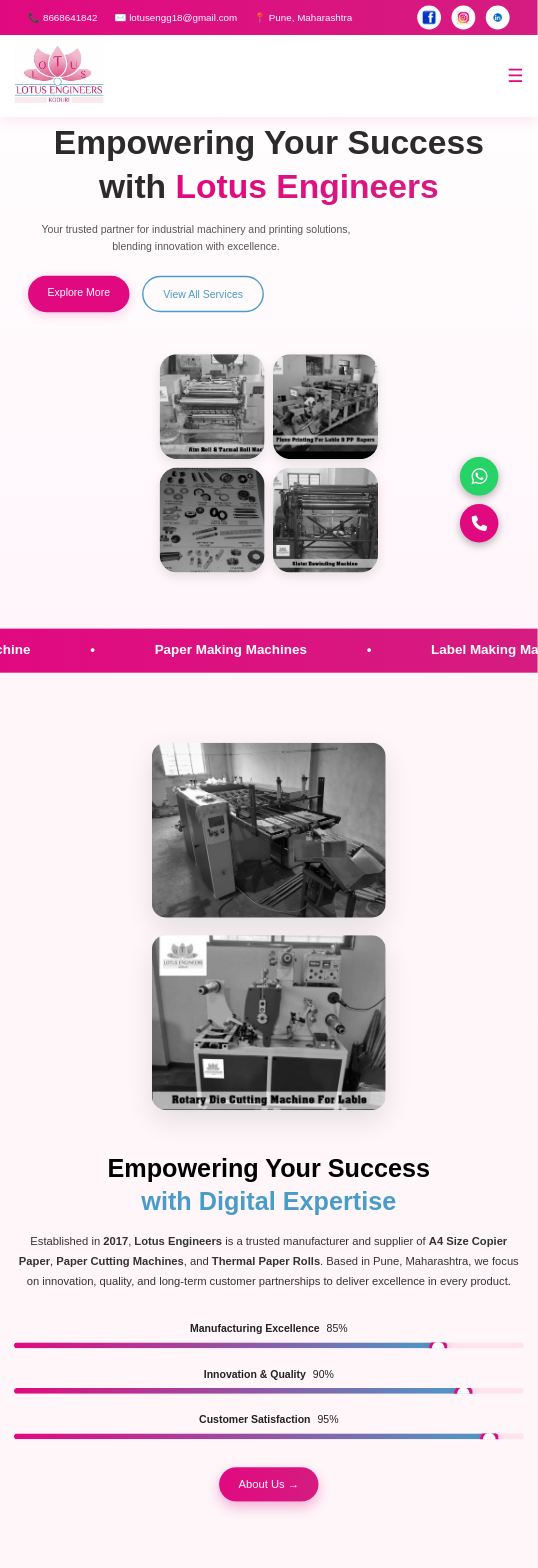
Repository: Khushichugh14/lotus-engineers
Page: index.html
These files come from the project's save history. The page is drawn as it stood at one moment and after a run of saves; the edit follows.
The browser window is 768 px wide. The pictures show the part of the page from y = 0 to 2240 px (the page is 6753 px tall), at 70% of full size.
A picture or video elsewhere on the page could not be fetched, so the positions and the page height are approximate.

Above is the page before, as saved 2025-12-24 11:03:34.

### index.html
<!DOCTYPE html>
<html lang="en">
<head>
  <meta charset="UTF-8" />
  <meta name="viewport" content="width=device-width, initial-scale=1.0" />
  <title>Lotus Engineers</title>
  <link rel="stylesheet" href="style.css" />
  <script src="script.js" defer></script>
  <!-- Font Awesome Icons -->
<link rel="stylesheet" href="navbar.css" />
<script src="navbar.js" defer></script>
  <link rel="stylesheet" href="footer.css" />
  <link
  rel="stylesheet"
  href="https://cdnjs.cloudflare.com/ajax/libs/font-awesome/6.5.1/css/all.min.css"
/>


</head>
<body>




  <!-- ===== Hero Section ===== -->
  <section id="home" class="hero">
    <div class="hero-container">
      <!-- Left Content -->
      <div class="hero-left">
        <h5>Reliable Industrial Partners</h5>
        <h1>Empowering Your Success with <span>Lotus Engineers</span></h1>
        <p>
          Your trusted partner for industrial machinery and printing solutions,
          blending innovation with excellence.
        </p>
        <div class="hero-buttons">
          <a href="#products" class="btn primary">Explore More</a>
          <a href="#about" class="btn secondary">View All Services</a>
        </div>
      </div>

      <!-- Right Image Grid -->
      <div class="hero-right">
        <div class="image-grid">
          <img src="images/atm-1.jpeg.jpg" alt="">
              <img src="images/flexo-label-printing-machine (1).jpg" alt="">
         <img src="images/WhatsApp Image 2025-11-14 at 11.52.01_70df9b95.jpg" alt="">
          <img src="images/slater-.jpeg.jpg" alt="">
        </div>

      </div>
    </div>
  </section>


<section class="product-strip">
  <div class="scrolling-wrapper">
    <div class="scrolling-content">
      <span>Cutting Machine</span>
      <span>•</span>
      <span>Printing Machine</span>
      <span>•</span>
      <span>Paper Making Machines</span>
      <span>•</span>
      <span>Label Making Machine</span>
      <span>•</span>
      <span>Thermal Paper Roll Making Machine</span>
      <span>•</span>
      <span>Flexographic Printing Machine</span>
      <span>•</span>
      <span>Slitter Rewinder Machine</span>
      <span>•</span>
      <span>Die Cutting Machine</span>
      <span>•</span>
      <span>Sheet Cutting Machine</span>
      <span>•</span>
      <span>Packaging Label Machine</span>
      <span>•</span>
      <span>Automatic Labeling Machine</span>
      <span>•</span>
      <span>Paper Cutting Machine</span>
      <span>•</span>
    </div>
  </div>
</section>

  <!-- ===== About Us Section ===== -->
<section id="about" class="about">
  <div class="about-container">
    <!-- LEFT SIDE IMAGES -->
    <div class="about-left">
      <div class="img-top">
        <img src="images/product-jpeg (1).jpg"alt="Team Discussion" />
      </div>
      <div class="img-bottom">
        <img src="images/rotary-die-cutting-machine.jpg" alt="Business Meeting" />
      </div>
    </div>

    <!-- RIGHT SIDE CONTENT -->
    <div class="about-right">
      <h2>Empowering Your Success<br /><span>with Digital Expertise</span></h2>
      <p>
        Established in <strong>2017</strong>, <strong>Lotus Engineers</strong> is a trusted manufacturer and supplier of
        <strong>A4 Size Copier Paper</strong>, <strong>Paper Cutting Machines</strong>, and
        <strong>Thermal Paper Rolls</strong>. Based in Pune, Maharashtra, we focus on
        innovation, quality, and long-term customer partnerships to deliver excellence in
        every product.
      </p>

      <div class="progress-section">
        <div class="progress-item">
          <div class="label">
            <strong>Manufacturing Excellence</strong> <span>85%</span>
          </div>
          <div class="progress-bar">
            <div class="progress" style="width: 85%"></div>
          </div>
        </div>

        <div class="progress-item">
          <div class="label">
            <strong>Innovation & Quality</strong> <span>90%</span>
          </div>
          <div class="progress-bar">
            <div class="progress" style="width: 90%"></div>
          </div>
        </div>

        <div class="progress-item">
          <div class="label">
            <strong>Customer Satisfaction</strong> <span>95%</span>
          </div>
          <div class="progress-bar">
            <div class="progress" style="width: 95%"></div>
          </div>
        </div>
      </div>
      <a href="#about-us" class="btn-about">About Us →</a>
    </div>
  </div>
</section>

  <!-- ===== Why Choose Us Section ===== -->
  <section id="why-us" class="why-choose-us">
    <div class="wcu-container">
      <div class="wcu-left">
        <div class="finix-text">
          <h6>Transparent process</h6>
          <h2>Why people choose us</h2>
          <p>We follow a clear end‑to‑end process: consult, design, manufacture, install, and support. Timelines are shared upfront, quality is documented, and communication stays transparent at every step.</p>
          <div class="wcu-media">
            <img src="https://raw.githubusercontent.com/farazc60/Project-Images/main/why_choose_us.png" alt="Why choose us image">
          </div>
        </div>
      </div>
      <div class="wcu-right">
        <div class="wcu-features">
          <div class="feature-box">
            <div class="feature-box-content">
              <div class="fbc-btn"><span>✓</span></div>
              <h3>Quality Assurance</h3>
              <p>ISO-aligned checks, component testing, and trial runs ensure dependable performance.</p>
            </div>
          </div>
          <div class="feature-box">
            <div class="feature-box-content">
              <div class="fbc-btn"><span>⏱</span></div>
              <h3>On-time Delivery</h3>
              <p>Committed schedules backed by planned production and reliable logistics.</p>
            </div>
          </div>
          <div class="feature-box">
            <div class="feature-box-content">
              <div class="fbc-btn"><span>🛠</span></div>
              <h3>PAN‑India Service</h3>
              <p>Installation, training, and responsive after‑sales support across India.</p>
            </div>
          </div>
          <div class="feature-box active-feature">
            <div class="feature-box-content">
              <div class="fbc-btn"><span>₹</span></div>
              <h3>Transparent Pricing</h3>
              <p>Fair quotations with no hidden costs and clear total‑cost ownership.</p>
            </div>
          </div>
        </div>
      </div>
    </div>
  </section>

  <!-- ===== Products Section ===== -->
  <section id="products" class="products">
    <div class="products-head">
      <h2>Our Products</h2>
      <p>Precision-built machinery for modern manufacturing.</p>
    </div>
    <div class="product-grid premium">
      <div class="product-card glass">
        <div class="pc-img">
          <img src="images/rotary-die-cutting-machine.jpg" alt="Rotary Die Cutting Machine" />
          <span class="pc-tag">Cutting</span>
        </div>
        <div class="pc-body">
          <h3>Rotary Die Cutting</h3>
          <p>High precision, robust build, efficient throughput.</p>
        </div>
      </div>
      <div class="product-card glass">
        <div class="pc-img">
          <img src="images/paper-cutting-machine.jpeg.jpg" alt="Paper Sheet Cutting Machine" />
          <span class="pc-tag">Cutting</span>
        </div>
        <div class="pc-body">
          <h3>Paper Sheet Cutting</h3>
          <p>Reliable, fast, and safety compliant for industry.</p>
        </div>
      </div>
      <div class="product-card glass">
        <div class="pc-img">
          <img src="images/paper-slitting-machine-250x250.webp" alt="Paper Slitting Machine" />
          <span class="pc-tag">Slitting</span>
        </div>
        <div class="pc-body">
          <h3>Paper Slitting</h3>
          <p>Precision slitting with low maintenance design.</p>
        </div>
      </div>
      <div class="product-card glass">
        <div class="pc-img">
          <img src="images/flexo-label-printing-machine.jpg" alt="Flexographic Printing Machine" />
          <span class="pc-tag">Printing</span>
        </div>
        <div class="pc-body">
          <h3>Flexographic Printing</h3>
          <p>High-speed printing with consistent quality output.</p>
        </div>
      </div>
    </div>
    <div class="products-foot">
      <a href="products.html" class="btn primary">View All Products</a>
    </div>


  </section>








  <!-- ===== Testimonials Section ===== -->
  <section id="testimonials" class="testimonials">
    <h2>What Our Clients Say</h2>

    <div class="testimonial-box">

      <!-- Testimonial 1 -->
      <div class="info t1">
        <p>"Lotus Engineers provided excellent quality and timely service. Highly recommended!
          Lotus Engineers provided excellent quality and timely service. Highly recommended! "</p>
        <h4>— Ramesh Industries</h4>
        <div class="bottom-line"></div>
      </div>

      <!-- Testimonial 2 -->
      <div class="info t2">
        <p>"Their machines are durable and efficient. We’ve been long-term customers."</p>
        <h4>— Global Print Solutions</h4>
        <div class="bottom-line"></div>
      </div>

      <!-- Testimonial 3 -->
      <div class="info t3">
        <p>"Exceptional customer service and reliable machinery!"</p>
        <h4>— Sai Packaging Pvt. Ltd.</h4>
        <div class="bottom-line"></div>
      </div>

    </div>
  </section>




  <!-- Footer removed. Loaded dynamically from footer.html via navbar.js -->

<!-- ==========================
     Floating WhatsApp & Call Buttons
========================== -->
<section id="floating-buttons" style="
  position: fixed;
  bottom: 25px;
  right: 25px;
  display: flex;
  flex-direction: column;
  gap: 12px;
  z-index: 9999;
">

  <!-- WhatsApp -->
  <a href="https://wa.me/7720060073" target="_blank"
     style="
      background:#25D366;
      width:55px;
      height:55px;
      border-radius:50%;
      display:flex;
      align-items:center;
      justify-content:center;
      box-shadow:0 4px 12px rgba(0,0,0,.3);
      color:white;
      font-size:26px;
     "
     title="Chat on WhatsApp">
    <i class="fa-brands fa-whatsapp"></i>
  </a>

  <!-- Call -->
  <a href="tel:9850110532"
     style="
      background:#e10980;
      width:55px;
      height:55px;
      border-radius:50%;
      display:flex;
      align-items:center;
      justify-content:center;
      box-shadow:0 4px 12px rgba(0,0,0,.3);
      color:white;
      font-size:22px;
     "
     title="Call Now">
    <i class="fa-solid fa-phone"></i>
  </a>

</section>



</body>
</html>

### navbar.css
/* ========================== TOP BAR ========================== */
.top-bar {
  background: linear-gradient(90deg, #e10980, #d51c80);
  color: #fff;
  display: flex;
  justify-content: space-between;
  align-items: center;
  padding: 8px 40px;
  font-size: 14px;
}

.contact-info span {
  margin-right: 20px;
  display: inline-flex;
  align-items: center;
}

/* ========================== SOCIAL ICONS ========================== */
.social-icons {
  display: flex;
  align-items: center;
  gap: 15px;
}

.social-icons a {
  display: inline-flex;
  align-items: center;
  justify-content: center;
  width: 34px;
  height: 34px;
  border-radius: 50%;
  background: #fff;
  overflow: hidden;
  transition: transform 0.3s ease, box-shadow 0.3s ease;
}

.social-icons a:hover {
  transform: translateY(-3px);
  box-shadow: 0 4px 10px rgba(225, 9, 128, 0.3);
}

.social-icons img {
  width: 20px;
  height: 20px;
  object-fit: contain;
  transition: transform 0.3s ease;
}
.social-icons a:hover img { transform: scale(1.08); }


/* ========================== NAVBAR ========================== */
.navbar {
  position: fixed;
  top: 0;
  width: 100%;
  background: rgba(255, 255, 255, 0.95);
  backdrop-filter: blur(10px);
  z-index: 999;
  box-shadow: 0 4px 20px rgba(225, 9, 128, 0.1);
  transition: all 0.3s ease;
}

.nav-container {
  display: flex;
  align-items: center;
  justify-content: space-between;
  padding: 15px 20px;
  max-width: 1300px;
  margin: auto;
}

.logo img {
  width: 130px;
  transition: transform 0.3s ease;
}

.logo img:hover {
  transform: scale(1.05);
}

.nav-links {
  display: flex;
  gap: 30px;
  align-items: center;
}

.nav-links a {
  color: #2b2b2b;
  font-weight: 500;
  position: relative;
  transition: color 0.3s ease;
  text-decoration: none;
}

.nav-links a::after {
  content: "";
  position: absolute;
  bottom: -6px;
  left: 0;
  width: 0%;
  height: 2px;
  background: linear-gradient(90deg, #e10980, #499cc8);
  transition: width 0.3s ease;
}

.nav-links a:hover::after,
.nav-links a.active::after {
  width: 100%;
}



.nav-links a:hover,
.nav-links a.active {
  color: #e10980;
}

/* ====== Search Box ====== */
.search-box {
  display: flex;
  align-items: center;
  border: 1.5px solid #e10980;
  border-radius: 25px;
  overflow: hidden;
  transition: 0.3s ease;
}

.search-box input {
  padding: 8px 12px;
  border: none;
  outline: none;
  font-size: 14px;
  width: 160px;
  transition: width .25s ease;
}

.search-box:focus-within input {
  width: 320px;
}

.search-box button {
  background: linear-gradient(90deg, #e10980, #499cc8);
  color: #fff;
  border: none;
  padding: 8px 15px;
  font-size: 14px;
  cursor: pointer;
  transition: opacity 0.3s ease;
}

.search-box button:hover {
  opacity: 0.85;
}

/* ====== Mobile Menu ====== */
.menu-toggle {
  display: none;
  color: #e10980;
  font-size: 26px;
  cursor: pointer;
}

@media (max-width: 1024px) {
  .nav-links {
    display: none;
    flex-direction: column;
    background: #fff;
    position: absolute;
    top: 100%;
    right: 30px;
    width: 240px;
    border-radius: 10px;
    box-shadow: 0 8px 20px rgba(0, 0, 0, 0.1);
    padding: 15px;
  }

  .nav-links.active {
    display: flex;
  }

  .menu-toggle {
    display: block;
  }

  .search-box {
    display: none;
  }
}

### footer.css
/* ========================== FOOTER REDESIGN ========================== */
.footer {
  background: linear-gradient(135deg, #c7d2fe 0%, #fbcfe8 100%);
  padding: 80px 20px 40px;
  font-family: "Poppins", sans-serif;
  color: #333;
  position: relative;
  overflow: hidden;
}

.footer-container {
  max-width: 1200px;
  margin: 0 auto;
  display: grid;
  grid-template-columns: repeat(3, 1fr);
  gap: 30px;
  background: rgba(255, 255, 255, 0.4);
  backdrop-filter: blur(15px);
  padding: 40px;
  border-radius: 40px;
  border: 1px solid rgba(255, 255, 255, 0.6);
  box-shadow: 0 15px 35px rgba(0, 0, 0, 0.05);
  position: relative;
  z-index: 2;
}

/* Footer Cards */
.footer-card {
  background: #ffffff;
  padding: 30px;
  border-radius: 25px;
  box-shadow: 0 8px 20px rgba(0, 0, 0, 0.04);
  display: flex;
  flex-direction: column;
}

/* About Card */
.footer-logo-container {
  margin-bottom: 20px;
}

.footer-logo-container img {
  max-height: 60px;
  border-radius: 8px;
}

.footer-about p {
  font-size: 14px;
  line-height: 1.6;
  color: #555;
  margin-bottom: 20px;
}

.footer-social {
  display: flex;
  gap: 12px;
  margin-top: auto;
}

.footer-social a {
  width: 40px;
  height: 40px;
  background: #e10980;
  color: #fff;
  border-radius: 50%;
  display: flex;
  align-items: center;
  justify-content: center;
  font-size: 16px;
  transition: transform 0.3s ease, background 0.3s ease;
  text-decoration: none;
}

.footer-social a:hover {
  transform: translateY(-3px);
  background: #c1076d;
}

/* Quick Links Card */
.footer-links h4 {
  color: #e10980;
  font-size: 18px;
  font-weight: 700;
  margin-bottom: 20px;
  position: relative;
}

.footer-links ul {
  list-style: none;
  padding: 0;
}

.footer-links li {
  margin-bottom: 12px;
}

.footer-links a {
  color: #555;
  text-decoration: none;
  font-size: 15px;
  transition: color 0.3s ease;
}

.footer-links a:hover {
  color: #e10980;
}

/* Contact Card */
.footer-contact h4 {
  color: #e10980;
  font-size: 18px;
  font-weight: 700;
  margin-bottom: 20px;
}

.footer-contact p {
  font-size: 14px;
  line-height: 1.6;
  color: #555;
  margin-bottom: 15px;
}

.footer-contact a {
  color: #0ea5e9;
  text-decoration: none;
}

.footer-contact a:hover {
  text-decoration: underline;
}

/* Footer Bottom */
.footer-bottom {
  text-align: center;
  margin-top: 50px;
  padding-top: 20px;
  border-top: 1px solid rgba(225, 9, 128, 0.2);
  font-size: 13px;
  color: #555;
}

.footer-bottom .dev-name {
  color: #e10980;
  font-weight: 600;
}

/* Responsive */
@media (max-width: 1024px) {
  .footer-container {
    grid-template-columns: repeat(2, 1fr);
  }
}

@media (max-width: 768px) {
  .footer {
    padding: 60px 15px 30px;
  }
  .footer-container {
    grid-template-columns: 1fr;
    padding: 25px;
    border-radius: 30px;
    gap: 20px;
  }
  .footer-card {
    padding: 20px;
  }
}

### navbar.html
<!-- ===================== NAVBAR COMPONENT ===================== -->
<header class="navbar">
  <!-- ===== Top Bar ===== -->
  <div class="top-bar">
    <div class="contact-info">
      <span>📞 8668641842</span>
      <span>✉️ lotusengg18@gmail.com</span>
      <span>📍 Pune, Maharashtra</span>
    </div>

    <div class="social-icons">
      <a href="https://www.facebook.com/" target="_blank">
        <img src="images/facebook.png" alt="Facebook" />
      </a>
      <a href="https://www.instagram.com/" target="_blank">
        <img src="images/insta.avif" alt="Instagram" />
      </a>
      <a href="https://www.linkedin.com/" target="_blank">
        <img src="images/linkedin.webp" alt="LinkedIn" />
      </a>
    </div>
  </div>

  <!-- ===== Main Navbar ===== -->
  <div class="nav-container">
    <div class="logo">
      <img src="icons/logo.jpg" alt="Lotus Engineers Logo" />
    </div>

    <nav class="nav-links" id="nav-links">
      <a href="index.html" class="nav-links">Home</a>
      <a href="about.html" class="nav-links">About Us</a>
      <a href="products.html" class="nav-links">Our Products</a>
      <a href="gallery.html" class="nav-links">Gallery</a>
      <a href="contact.html" class="nav-links">Contact</a>
    </nav>

    <div class="search-box">
      <input type="text" placeholder="Search..." />
      <button>Search</button>
    </div>

    <div class="menu-toggle" id="menu-toggle">&#9776;</div>
  </div>
</header>

### footer.html
<!-- footer.html -->
<footer class="footer">
  <div class="footer-container">
    <!-- About Card -->
    <div class="footer-card footer-about">
      <div class="footer-logo-container">
        <img src="icons/logo.jpg" alt="Lotus Engineers Logo" />
      </div>
      <p>
        <strong>Lotus Engineers</strong> — Manufacturer and Supplier of high-quality
        cutting and printing machinery, based in Pune, Maharashtra.
      </p>
      <div class="footer-social">
        <a href="#" target="_blank"><i class="fa-brands fa-facebook-f"></i></a>
        <a href="#" target="_blank"><i class="fa-brands fa-instagram"></i></a>
        <a href="#" target="_blank"><i class="fa-brands fa-linkedin-in"></i></a>
      </div>
    </div>

    <!-- Links Card -->
    <div class="footer-card footer-links">
      <h4>Quick Links</h4>
      <ul>
        <li><a href="#home">Home</a></li>
        <li><a href="#about">About</a></li>
        <li><a href="#products">Products</a></li>
        <li><a href="#contact">Contact</a></li>
      </ul>
    </div>

    <!-- Contact Card -->
    <div class="footer-card footer-contact">
      <h4>Contact Us</h4>
      <div class="contact-info">
        <p>Lotus Engineers Survey No. 30/27, Milkat No. 5/558, Dambar Plant Road, Dhayri Pune - 411041, Maharashtra, India</p>
        <p><strong>Call:</strong><br />
          <a href="tel:8688005711">8688005711</a><br />
          <a href="tel:9823386085">9823386085</a>
        </p>
        <p><strong>Email:</strong> <a href="mailto:info@lotusengineers.in">info@lotusengineers.in</a></p>
      </div>
    </div>
  </div>

  <div class="footer-bottom">
    <p>Developed by <span class="dev-name">DWI</span> © 2025 <strong>Lotus Engineers</strong>. All Rights Reserved.</p>
  </div>
</footer>

Loaded but not shown: navbar.js (46 lines, source omitted); script.js (26 lines, source omitted); style.css (901 lines, source omitted)

After the next 2 saves:
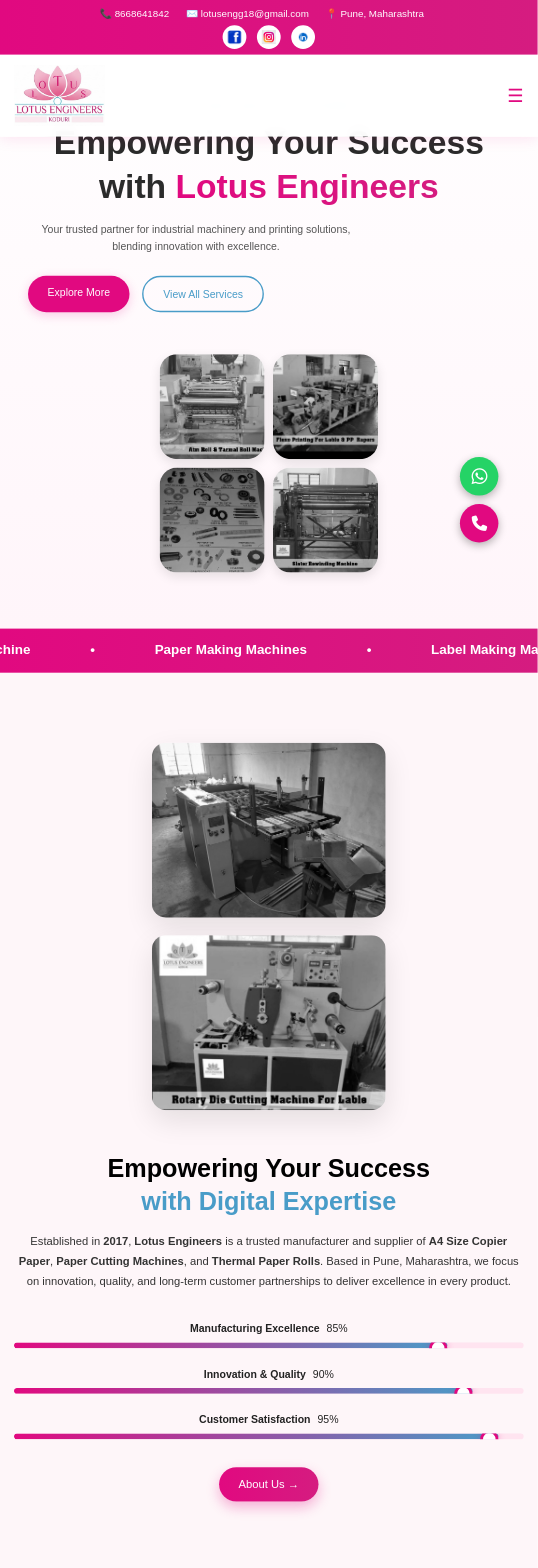
The 2 saves are shown as one change because they came seconds apart.
The last was saved 36 s later.
--- a/navbar.css
+++ b/navbar.css
@@ -1,3 +1,41 @@
+/* ===== TOP BAR RESPONSIVE ===== */
+@media (max-width: 768px) {
+  .top-bar {
+    flex-direction: column;
+    gap: 6px;
+    padding: 8px 16px;
+    font-size: 12px;
+    text-align: center;
+  }
+
+  .contact-info span {
+    margin-right: 8px;
+    display: inline-block;
+  }
+}
+
+/* ===== NAVBAR ===== */
+@media (max-width: 1024px) {
+  .search-box {
+    display: none;
+  }
+}
+
+@media (max-width: 768px) {
+  .nav-container {
+    padding: 12px 16px;
+  }
+
+  .logo img {
+    width: 110px;
+  }
+
+  .nav-links {
+    right: 16px;
+    width: 220px;
+  }
+}
+
 /* ========================== TOP BAR ========================== */
 .top-bar {
   background: linear-gradient(90deg, #e10980, #d51c80);
